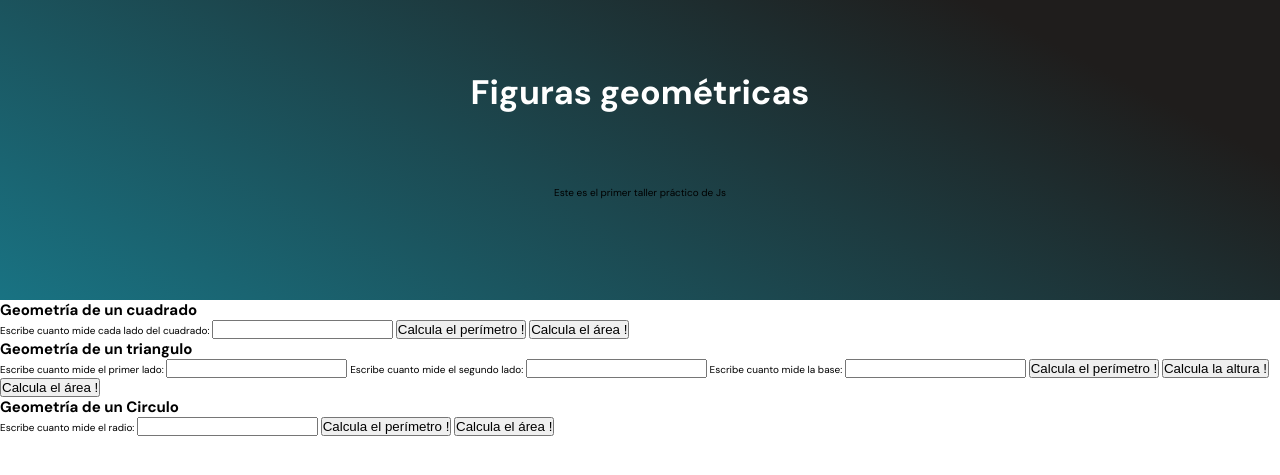
Repository: ChristianGecchelin/javascript-project
Page: javascript-project/figuras-geometricas/figuras.html
The author's editor kept a copy of each file at every save. The page is drawn from the files as they stood at one save, then again after the next save.
The browser window is 1280 px wide. The pictures show the whole page.

Above is the page before, as saved 2021-12-01 21:30:51.

### javascript-project/figuras-geometricas/figuras.html
<!DOCTYPE html>
<html lang="en">
  <head>
    <meta charset="UTF-8" />
    <meta http-equiv="X-UA-Compatible" content="IE=edge" />
    <meta name="viewport" content="width=device-width, initial-scale=1.0" />
    <title>Figuras geométricas | Proyecto 1</title>
    <link rel="preconnect" href="https://fonts.googleapis.com" />
    <link rel="preconnect" href="https://fonts.gstatic.com" crossorigin />
    <link
      href="https://fonts.googleapis.com/css2?family=DM+Sans:wght@400;500;700&family=Inter:wght@300;500&display=swap"
      rel="stylesheet"
    />
    <link rel="stylesheet" href="./style.css" />
  </head>
  <body>
    <header>
      <div class="header--title-container">
        <h1>Figuras geométricas</h1>
        <p>Este es el primer taller práctico de Js</p>
      </div>
    </header>
    <section>
      <h2>Geometría de un cuadrado</h2>
      <form action="">
        <label for="">Escribe cuanto mide cada lado del cuadrado:</label>
        <input type="number" id="inputCuadrado" />
        <button type="button" onclick="calcularPerimetroCuadrado()">
          Calcula el perímetro !
        </button>
        <button type="button" onclick="calcularAreaCuadrado()">
          Calcula el área !
        </button>
        <!-- type button, para quitarle el submit por defecto y que no me redireccione a ningun lado -->
      </form>
    </section>
    <section>
      <h2>Geometría de un triangulo</h2>
      <form action="">
        <label for="">Escribe cuanto mide el primer lado:</label>
        <input type="number" id="inputLado1" />
        <label for="">Escribe cuanto mide el segundo lado:</label>
        <input type="number" id="inputLado2" />
        <label for="">Escribe cuanto mide la base:</label>
        <input type="number" id="inputBase" />
        <button type="button" onclick="calcularPerimetroTriangulo()">
          Calcula el perímetro !
        </button>
        <button type="button" onclick="calcularAlturaTriangulo()">
          Calcula la altura !
        </button>
        <button type="button" onclick="calcularAreaTriangulo()">
          Calcula el área !
        </button>
        <!-- type button, para quitarle el submit por defecto y que no me redireccione a ningun lado -->
      </form>
    </section>
    <section>
      <h2>Geometría de un Circulo</h2>
      <form action="">
        <label for="">Escribe cuanto mide el radio:</label>
        <input type="number" id="inputRadio" />
        <button type="button" onclick="calcularPerimetroCirculo()">
          Calcula el perímetro !
        </button>
        <button type="button" onclick="calcularAreaCirculo()">
          Calcula el área !
        </button>
        <!-- type button, para quitarle el submit por defecto y que no me redireccione a ningun lado -->
      </form>
    </section>
    <script src="./figurasConFunciones.js"></script>
  </body>
</html>

### javascript-project/figuras-geometricas/style.css
:root {
  --Dark-lightblue: #197383;
  --soft-orange: #ffe9d5;
  --secondary-blue: #1a9af7;
  --soft-blue: #e7f5ff;
  --warm-black: #201e1c;
  --black: #282623;
  --grey: #bababa;
  --off-white: #faf8f7;
  --just-white: #fff;
}
* {
  box-sizing: border-box;
  margin: 0;
  padding: 0;
}
html {
  font-size: 62.5%;
  font-family: "DM Sans", sans-serif;
}
header {
  position: relative;
  display: flex;
  flex-direction: column;
  justify-content: center;
  width: 100%;
  min-width: 320px;
  height: 300px;
  text-align: center;
  background: linear-gradient(207.8deg, #1f1d1c 16.69%, #197383 100%);
}
header .header--title-container {
  width: 90%;
  min-width: 288px;
  max-width: 900px;
  height: 200px;
  text-align: center;
  align-self: center;
}
header .header--title-container h1 {
  margin-top: 30px;
  margin-bottom: 80px;
  font-size: 3.4rem;
  font-weight: 700;
  line-height: 2.6rem;
  color: var(--just-white);
}

### javascript-project/figuras-geometricas/figurasConFunciones.js
/* Codigo del cuadrado */
console.group("Cuadrado");
function perimetroCuadrado(lado) {
  return lado * 4;
}
/* console.log(`Perimetro del cuadrado es: ${perimetroCuadrado} cm.`); */
function areaCuadrado(lado) {
  return (
    lado ** 2
  ); /* debe estar escrito de igual manera el parametro que el return */
}

/* console.log(`El area del cuadrado es: ${areaCuadrado} cm^2.`); */
console.groupEnd();

/* Codigo del triangulo */
console.group("Triangulo");

function perimetroTriangulo(lado1, lado2, base) {
  return lado1 + lado2 + base;
}
function calcularAltura(lado1, lado2, lado3) {
  let ladosIguales;
  let ladoBase;
  let altura;

  if (
    lado1 + lado2 <= lado3 ||
    lado1 + lado3 <= lado2 ||
    lado2 + lado3 <= lado1
  ) {
    alert(
      "En un triangulo la base no puede ser mayor a la suma de sus catetos"
    );
  } else {
    switch (true) {
      case lado1 === lado2:
        ladosIguales = lado1;
        ladoBase = lado3;
        break;
      case lado1 === lado3:
        ladosIguales = lado1;
        ladoBase = lado2;
        break;
      case lado3 === lado2:
        ladosIguales = lado2;
        ladoBase = lado1;
        break;
    }
    if (!ladosIguales) {
      alert("Tu triangulo no es isosceles, ingresa la altura");
    } else {
      altura = Math.sqrt(ladosIguales ** 2 - ladoBase ** 2 / 4);
    }
  }
  return ladosIguales, ladoBase, altura;
}
function areaTriangulo(ladoBase, altura) {
  return (
    (ladoBase * altura) / 2
  ); /* tengo que llamar a la funcion altura para pasarle el dato */
}
console.groupEnd();

//Codigo Circulo
console.group("Circulo");
function diametroCirculo(radio) {
  return radio * 2;
}
const pi = Math.PI;
function circunferencia(radio) {
  const diametro = diametroCirculo(radio);
  /* llamo a una funcion dentro de otra y creo una variable que tiene alcance local */
  return diametro * pi;
}
function superficieCirculo(radio) {
  return pi * radio ** 2;
}

console.groupEnd();
/* Creo una funcion, que a traves del id obtengo lo que el usuario ingreso en el input. y con eso le saco el value que le paso
a la funcion que cree antes y es la encargada de hacer el calculo para luego mostrarse en un aler */
function calcularPerimetroCuadrado() {
  const input = document.getElementById("inputCuadrado");
  const value = input.value;
  const perimetro = perimetroCuadrado(value);
  alert(perimetro);
}
function calcularAreaCuadrado() {
  const input = document.getElementById("inputCuadrado");
  const value = input.value;
  const area = areaCuadrado(value);
  alert(area);
}

function calcularPerimetroTriangulo() {
  const inputLado1 = document.getElementById("inputLado1");
  const valueLado1 = Number(inputLado1.value);
  const inputLado2 = document.getElementById("inputLado2");
  const valueLado2 = Number(inputLado2.value);
  const inputBase = document.getElementById("inputBase");
  const valueBase = Number(inputBase.value);
  /* Es importante ponerle number porque por mas que el input tenga type number, este lo transforma como un string */
  const perimetro = perimetroTriangulo(valueLado1, valueLado2, valueBase);
  alert(perimetro);
}

function calcularAlturaTriangulo() {
  const inputLado1 = document.getElementById("inputLado1");
  const valueLado1 = Number(inputLado1.value);
  const inputLado2 = document.getElementById("inputLado2");
  const valueLado2 = Number(inputLado2.value);
  const inputBase = document.getElementById("inputBase");
  const valueBase = Number(inputBase.value);
  const alturaTriangulo = calcularAltura(valueLado1, valueLado2, valueBase);
  alert(alturaTriangulo);
}

function calcularAreaTriangulo() {
  /* const inputAltura = document.getElementById("inputAltura");
  const valueAltura = Number(inputAltura.value);
  const inputBase = document.getElementById("inputBase");
  const valueBase = inputBase.value;
  const area = areaTriangulo(valueAltura, valueBase);
  alert(area); */
  const inputLado1 = document.getElementById("inputLado1");
  const valueLado1 = Number(inputLado1.value);
  const inputLado2 = document.getElementById("inputLado2");
  const valueLado2 = Number(inputLado2.value);
  const inputBase = document.getElementById("inputBase");
  const valueBase = Number(inputBase.value);
  const altura = calcularAltura(valueLado1, valueLado2, valueBase);
  const area = areaTriangulo(valueBase, altura);
  alert(area);
}

function calcularPerimetroCirculo() {
  const inputRadio = document.getElementById("inputRadio");
  const valueRadio = inputRadio.value;
  const perimetro = circunferencia(valueRadio);
  alert(perimetro);
}
function calcularAreaCirculo() {
  const inputRadio = document.getElementById("inputRadio");
  const valueRadio = inputRadio.value;
  const superficie = superficieCirculo(valueRadio);
  alert(superficie);
}

After the next save:
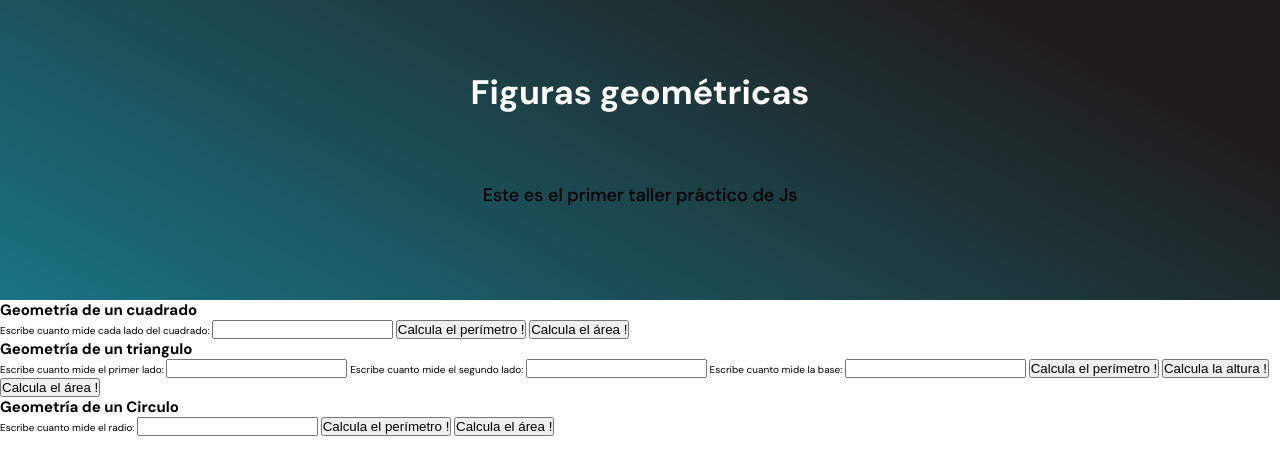
Saved 2 min 36 s later.
--- a/javascript-project/figuras-geometricas/style.css
+++ b/javascript-project/figuras-geometricas/style.css
@@ -45,3 +45,8 @@ header .header--title-container h1 {
   line-height: 2.6rem;
   color: var(--just-white);
 }
+header .header--title-container p {
+  font-size: 1.8rem;
+  font-weight: 500;
+  line-height: 1.8rem;
+}
